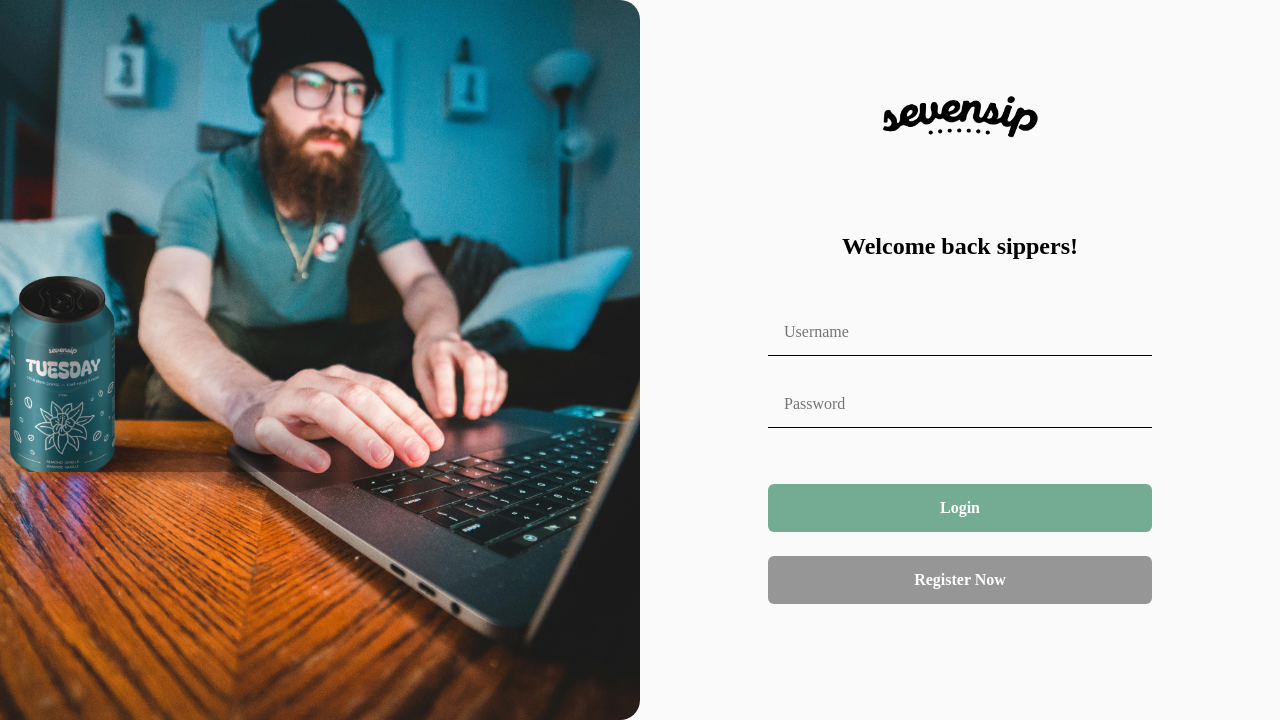
Repository: Haydenleung/COMP-4170-Final-Project
Page: http://localhost/
These files come from the project's save history. The page is drawn as it stood at one moment and after the next save; the edit follows.
The browser window is 1280 px wide. The pictures show the whole page.
The page is served by the project's Node server (app.js).

Above is the page before, as saved 2024-03-22 17:53:20.

### views/index.ejs
<%- include('partials/header') %>


    <div class="home">
        <div class="home-photo">
            <img class="photo" src="/images/cover.png" alt="cover image" />
        </div>
        <div class="home-login">
            <div class="login-container">
                <img class="logo" src="/images/logo.png" alt="company logo" />
                <div class="form-container">
                    <h3 class="form-title">Welcome back sippers!</h3>
                    <form action="/login" method="POST" class="form-main">
                        <div class="login-form">
                            <input type="username" class="forminput" name="username" placeholder="Username">
                        </div>
                        <div class="login-form">
                            <input type="password" class="forminput" name="password" placeholder="Password">
                        </div>
                        <div class="login-button">
                            <button type="submit" class="submitbtn">Login</button>
                            <a href="/register" class="regbtn">Register Now</a>
                        </div>
                    </form>
                </div>
            </div>
        </div>
    </div>

    <%- include('partials/footer') %>

### views/partials/header.ejs
<!DOCTYPE html>
<html lang="en">

<head>
    <meta charset="UTF-8" />
    <meta http-equiv="X-UA-Compatible" content="IE=edge" />
    <meta name="viewport" content="width=device-width, initial-scale=1.0" />
    <link rel="stylesheet" href="styles/main.css" />
    <title>Subscriber Portal</title>
</head>

<body>
    <main>

### app.js
import express from "express";
import pg from "pg";

const app = express();
const port = 3000;

app.set('view engine', 'ejs');

app.use(express.urlencoded({ extended: true }));
app.use(express.static("public"));

app.get("/", (req, res) => {
    res.render("index.ejs");
});

app.get("/register", (req, res) => {
    res.render("register.ejs");
});

app.get("/main", (req, res) => {
    res.render("main.ejs");
});

app.listen(port, () => {
    console.log(`Server running on port ${port}`);
});

### public/styles/main.css
* {
    box-sizing: border-box;
    font-family: "Montserrat";
}

html {
    background-color: #FAFAFA;
    height: 100vh;
    padding: 0;
    margin: 0;
}

body {
    display: flex;
    flex-direction: column;
    padding: 0;
    margin: 0;
    height: 100%;
}

main {
    display: flex;
    flex-grow: 1;
}

.home {
    display: flex;
    flex-direction: row;
    height: 100%;
    width: 100%;
}

.photo {
    object-fit: cover;
    width: 100%;
    height: 100%;
    border-radius: 0 20px 20px 0;
}

.home-photo {
    height: 100%;
    flex-grow: 1;
    overflow: hidden;
}

.home-login {
    min-width: 40rem;
    display: flex;
    flex-direction: column;
    justify-content: center;
    align-items: center;
}

.login-container {
    width: 100%;
    height: 100%;
    display: flex;
    flex-direction: column;
    justify-content: center;
    align-items: center;
    padding: 1rem 8rem;
}

.logo {
    width: 10rem;
    margin-bottom: 4rem;
}

.form-container {
    display: flex;
    flex-direction: column;
    align-items: center;
    /* background-color: grey; */
    width: 100%;
    margin-bottom: 1.5rem;
}

h3 {
    font-size: 1.5em;
}

.form-title {
    text-align: center;
    margin-bottom: 3rem;
}

.form-main {
    width: 100%;
    display: flex;
    flex-direction: column;
    align-items: center;
    gap: 1.5rem;
}

.login-form {
    width: 100%;
}

.login-button {
    width: 100%;
    display: flex;
    flex-direction: column;
    gap: 1.5rem;
    margin-top: 2rem;
}

.forminput {
    width: 100%;
    height: 3rem;
    background-color: transparent;
    border: none;
    border-bottom: 1px solid black;
    padding: 1rem;
    font-size: 1em;
}

.forminput:focus {
    outline: none;
}

.submitbtn,
.regbtn {
    width: 100%;
    height: 3rem;
    border-radius: 6px;
    border: none;
    font-size: 1em;
    font-weight: 600;
    color: white;
    cursor: pointer;
    text-decoration: none;
    display: flex;
    justify-content: center;
    align-items: center;
}

.submitbtn {
    background-color: #73AC92;
}

.regbtn {
    background-color: #969696
}

.regisblue {
    background-color: #3EA1DB;
}

/* Main */

.main-container {
    width: 100%;
    display: flex;
    flex-direction: column;
    align-items: center;
    padding: 3rem 5rem;
}

.main-subcontainer {
    width: 100%;
    background-color: white;
    border-radius: 15pt;
    box-shadow: 0 0 12px rgba(0, 0, 0, 0.25);
    display: flex;
    flex-direction: row;
    padding: 2rem;
    justify-content: center;
    align-items: center;
    gap: 5%;
}

.main-welcome {
    flex-grow: 1;
    display: flex;
    flex-direction: column;
    width: 100%;
    height: 100%;
    gap: 1rem;
}

.main-greeting>p {
    color: #747474;
    font-weight: 500;
}

.mainbtn {
    text-decoration: none;
    font-weight: 600;
}

.mainbtn:hover {
    text-decoration: underline;
    text-underline-offset: 8px;
}

.chnpassword {
    color: #73AC92;
}

.logout {
    color: #545454;
}

.main-feature {
    display: flex;
    flex-direction: row;
    gap: 3rem;
}

.main-logo-container {
    padding: 2rem;
    width: 40%;
}

.main-logo {
    width: 100%;
}



.main-content {
    width: 100%;
}

h3 {
    line-height: 120%;
}

h4 {
    font-size: 2em;
}

h5 {
    font-size: 1.2em;
    font-weight: 400;
}

Loaded but not shown: views/partials/footer.ejs (common file)

After the next save:
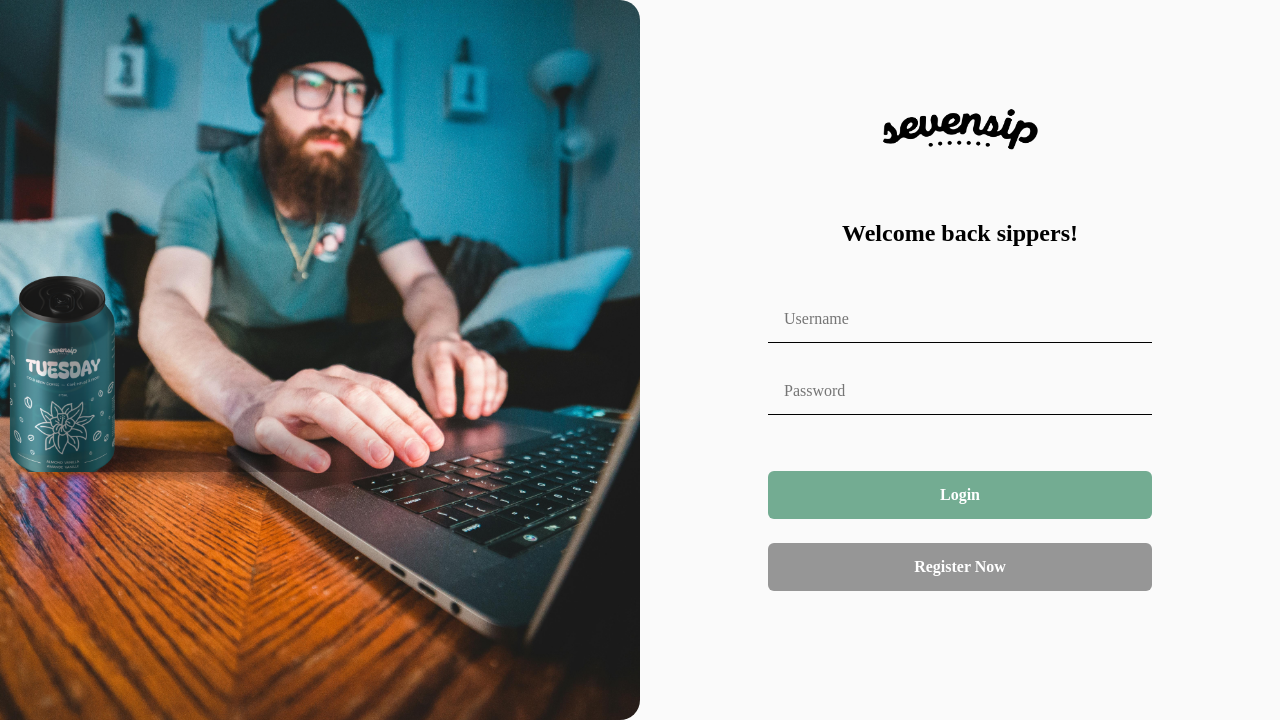
Saved 7 s later.
--- a/public/styles/main.css
+++ b/public/styles/main.css
@@ -223,7 +223,8 @@
 }
 
 h3 {
-    line-height: 120%;
+    margin: 0;
+
 }
 
 h4 {
